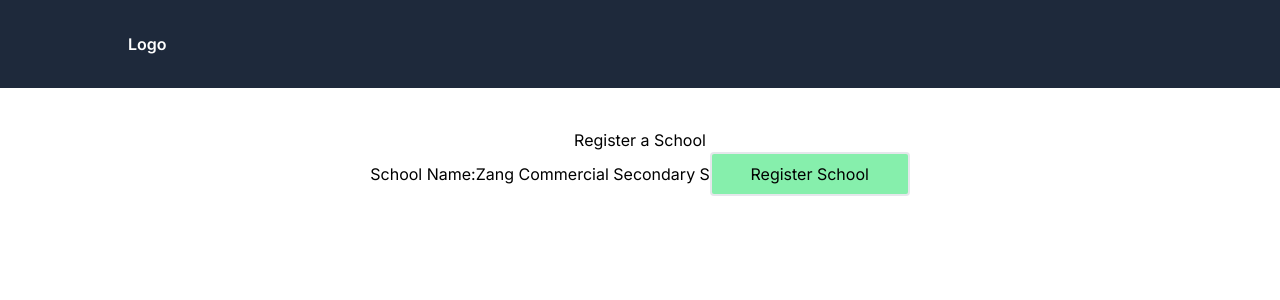
Repository: marcusdashe/fullstack-ts
Page: /school
An editor plug-in stored every save of this project. The page is shown before and after the next save, followed by the edit.
The browser window is 1280 px wide. The pictures show the whole page.
The page's requests for data from a server got no answer. The project was rebuilt for these pictures with package versions that can differ from the ones it lists, and the page was loaded fresh each time. The framework's server and built-in components were replaced by stand-ins that run in the browser. No one was signed in, and anything a server would have sent is missing. Also part of the build but not shown: next.config.js.

Above is the page before, as saved 2023-07-28 12:52:30.

After the next save:
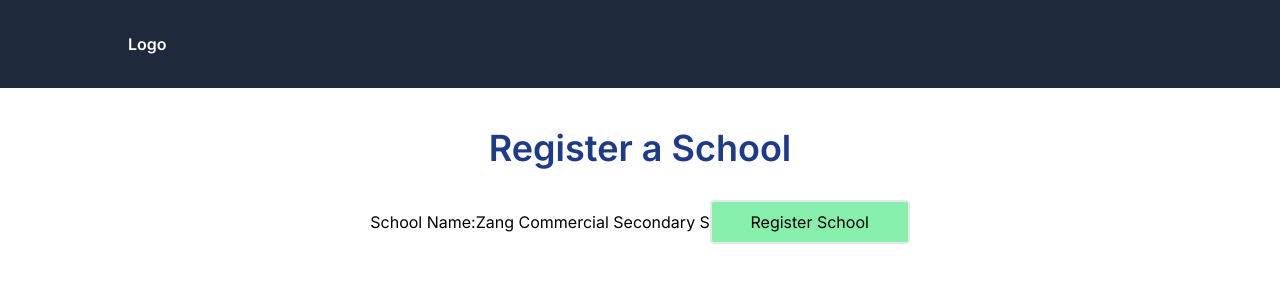
Saved 2 min 2 s later.
--- a/app/school/page.tsx
+++ b/app/school/page.tsx
@@ -37,7 +37,9 @@ const RegisterSchoolPage: React.FC = () => {
 
   return (
     <div className="container mx-auto py-10 px-4 flex flex-col items-center justify-center">
-      <h1>Register a School</h1>
+      <h1 className="text-4xl font-bold mb-8 px-0 text-blue-900">
+        Register a School
+      </h1>
 
       <form onSubmit={handleSubmit}>
         <label>
